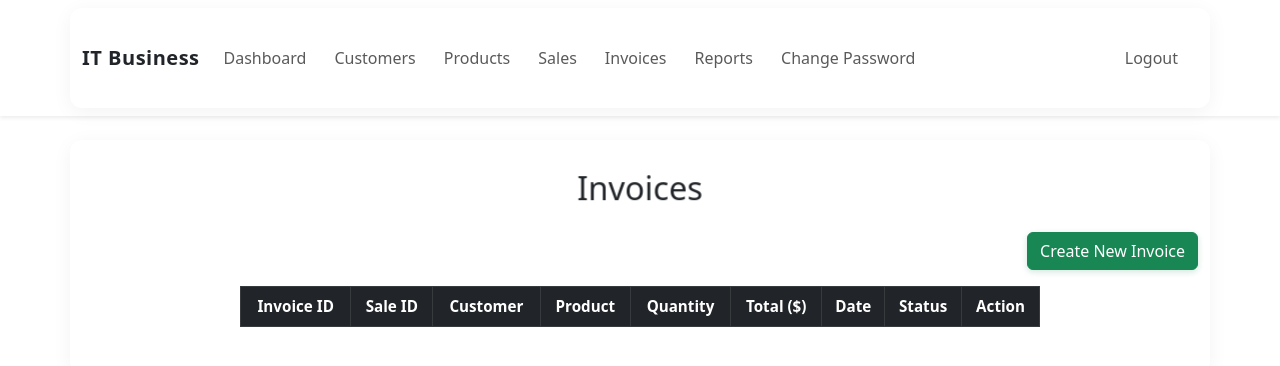
Repository: asmsaifulislam/it_business
Page: http://localhost/invoice
An editor plug-in stored every save of this project. The page is shown before and after a run of saves, followed by the edit.
The browser window is 1280 px wide. The pictures show the whole page.
The page is served by the project's application, run on Flask 3 (app.py). The session is filled in as if someone had signed in: {"user_id": 1}. Queries for data that is not in the repository find no rows.

Above is the page before, as saved 2025-09-05 11:59:19.

After the next 2 saves:
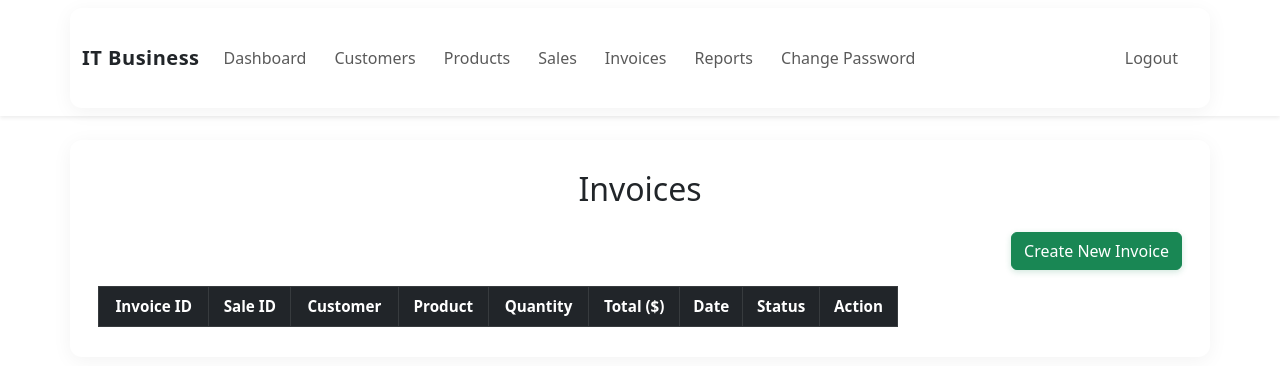
The 2 saves are shown as one change because they came seconds apart.
The last was saved 64 s later.
--- a/templates/invoice.html
+++ b/templates/invoice.html
@@ -1,58 +1,61 @@
 {% extends 'base.html' %}
 
 {% block content %}
-<h2 class="mb-4 text-center">Invoices</h2>
+<!-- Full-width layout with zero margin -->
+<div class="p-0 m-0 w-100">
+    <h2 class="mb-4 text-center">Invoices</h2>
 
-<!-- Create Invoice Button -->
-<div class="text-end mb-3">
-    <a href="{{ url_for('create_invoice') }}" class="btn btn-success">Create New Invoice</a>
-</div>
+    <!-- Create Invoice Button -->
+    <div class="text-end mb-3 px-3">
+        <a href="{{ url_for('create_invoice') }}" class="btn btn-success">Create New Invoice</a>
+    </div>
 
-<!-- Full-Width Table -->
-<div class="table-responsive">
-    <table class="table table-bordered table-hover w-100">
-        <thead class="table-dark">
-            <tr>
-                <th>Invoice ID</th>
-                <th>Sale ID</th>
-                <th>Customer</th>
-                <th>Product</th>
-                <th>Quantity</th>
-                <th>Total ($)</th>
-                <th>Date</th>
-                <th>Status</th>
-                <th>Action</th>
-            </tr>
-        </thead>
-        <tbody>
-            {% for invoice in invoices %}
-            <tr>
-                <td>{{ invoice.id }}</td>
-                <td>{{ invoice.sale.id }}</td>
-                <td>{{ invoice.sale.customer.name }}</td>
-                <td>{{ invoice.sale.product.name }}</td>
-                <td>{{ invoice.sale.quantity }}</td>
-                <td>${{ "%.2f"|format(invoice.sale.total) }}</td>
-                <td>{{ invoice.sale.updated_at.strftime('%Y-%m-%d %H:%M') }}</td>
-                <td>
-                    {% if invoice.status == 'Paid' %}
-                        <span class="badge bg-success">Paid</span>
-                    {% else %}
-                        <span class="badge bg-warning text-dark">Unpaid</span>
-                    {% endif %}
-                </td>
-                <td>
-                    {% if invoice.status != 'Paid' %}
-                    <form action="{{ url_for('generate_invoice', sale_id=invoice.sale.id) }}" method="post" style="display:inline;">
-                        <button type="submit" class="btn btn-primary btn-sm">Generate Invoice</button>
-                    </form>
-                    {% else %}
-                        <button class="btn btn-secondary btn-sm" disabled>Already Paid</button>
-                    {% endif %}
-                </td>
-            </tr>
-            {% endfor %}
-        </tbody>
-    </table>
+    <!-- Full-Width Table -->
+    <div class="table-responsive px-3">
+        <table class="table table-bordered table-hover w-100 m-0">
+            <thead class="table-dark">
+                <tr>
+                    <th>Invoice ID</th>
+                    <th>Sale ID</th>
+                    <th>Customer</th>
+                    <th>Product</th>
+                    <th>Quantity</th>
+                    <th>Total ($)</th>
+                    <th>Date</th>
+                    <th>Status</th>
+                    <th>Action</th>
+                </tr>
+            </thead>
+            <tbody>
+                {% for invoice in invoices %}
+                <tr>
+                    <td>{{ invoice.id }}</td>
+                    <td>{{ invoice.sale.id }}</td>
+                    <td>{{ invoice.sale.customer.name }}</td>
+                    <td>{{ invoice.sale.product.name }}</td>
+                    <td>{{ invoice.sale.quantity }}</td>
+                    <td>${{ "%.2f"|format(invoice.sale.total) }}</td>
+                    <td>{{ invoice.sale.updated_at.strftime('%Y-%m-%d %H:%M') }}</td>
+                    <td>
+                        {% if invoice.status == 'Paid' %}
+                            <span class="badge bg-success">Paid</span>
+                        {% else %}
+                            <span class="badge bg-warning text-dark">Unpaid</span>
+                        {% endif %}
+                    </td>
+                    <td>
+                        {% if invoice.status != 'Paid' %}
+                        <form action="{{ url_for('generate_invoice', sale_id=invoice.sale.id) }}" method="post" style="display:inline;">
+                            <button type="submit" class="btn btn-primary btn-sm">Generate Invoice</button>
+                        </form>
+                        {% else %}
+                            <button class="btn btn-secondary btn-sm" disabled>Already Paid</button>
+                        {% endif %}
+                    </td>
+                </tr>
+                {% endfor %}
+            </tbody>
+        </table>
+    </div>
 </div>
 {% endblock %}
